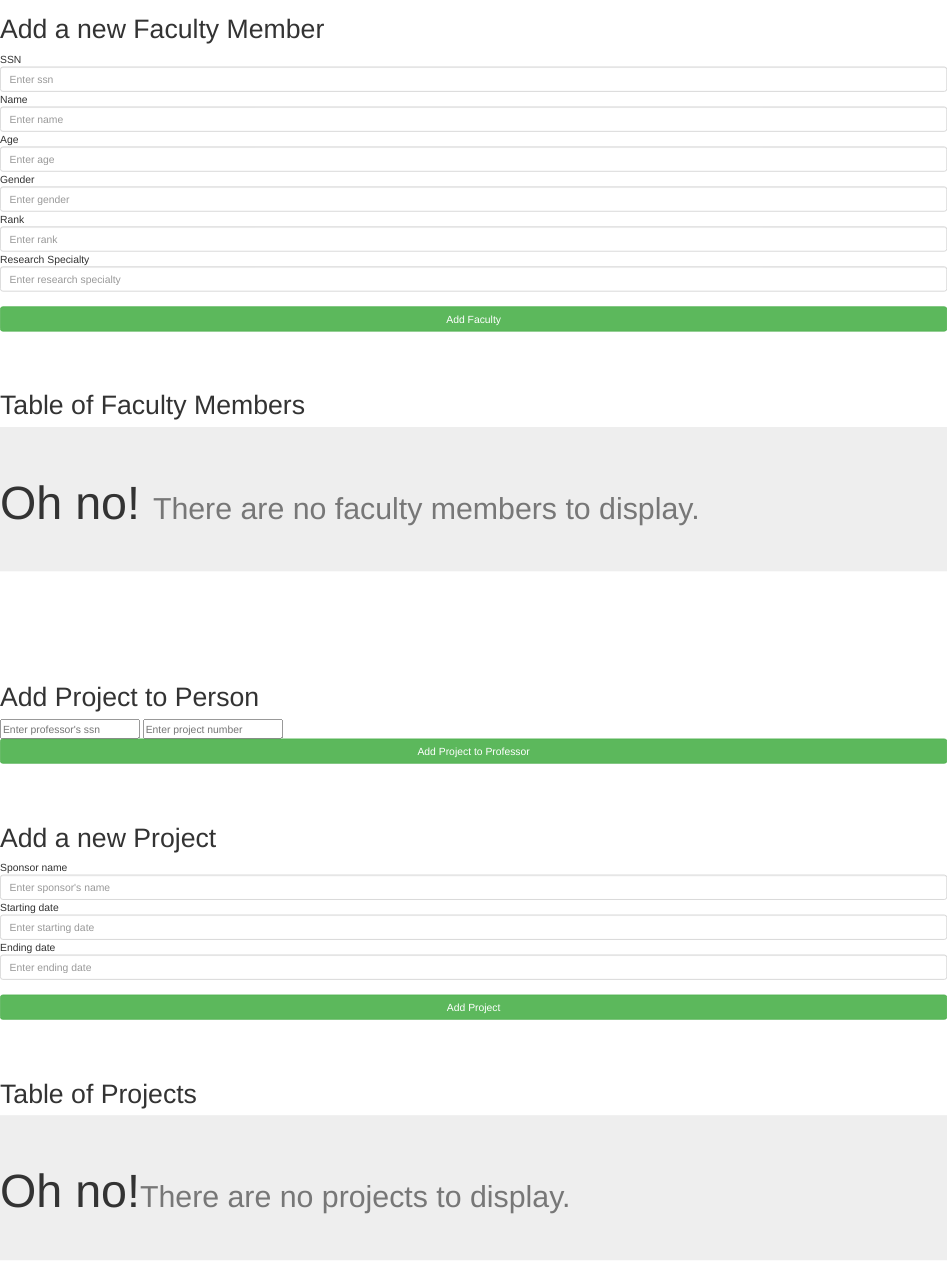
Repository: cpham19/DatabaseSite
Page: http://localhost/database/Table
The author's editor kept a copy of each file at every save. The page is drawn from the files as they stood at one save, then again after the next save.
The browser window is 1280 px wide. The pictures show the whole page, at 74% of full size.
The page is served by Tomcat 9. Other server files are loaded and not shown. Queries for data that is not in the repository find no rows.

Above is the page before, as saved 2017-07-30 04:01:08.

### database/src/main/webapp/Table.jsp
<%@ page language="java" contentType="text/html; charset=UTF-8" pageEncoding="UTF-8"%>
<%@ taglib prefix="c" uri="http://java.sun.com/jsp/jstl/core" %>
<%@ taglib prefix="fn" uri="http://java.sun.com/jsp/jstl/functions" %>
<!doctype html>
<html lang="en">
<head>
	<title>Faculty, Projects, and Students</title>
	<!-- Latest compiled and minified CSS -->
	<link rel="stylesheet" href="https://maxcdn.bootstrapcdn.com/bootstrap/3.3.7/css/bootstrap.min.css" integrity="sha384-BVYiiSIFeK1dGmJRAkycuHAHRg32OmUcww7on3RYdg4Va+PmSTsz/K68vbdEjh4u" crossorigin="anonymous">
</head>
<body>

   <h1>Add a new Faculty Member</h1>
	<form action="AddFaculty" method="post">
		SSN <input type="text" class="form-control" id="ssn" name="ssn" placeholder="Enter ssn">
		Name <input type="text" class="form-control" id="name" name="name" placeholder="Enter name">
		Age <input type="text" class="form-control" id="age" name="age" placeholder="Enter age">
		Gender <input type="text" class="form-control" id="gender" name="gender" placeholder="Enter gender">
		Rank <input type="text" class="form-control" id="rank" name="rank" placeholder="Enter rank">
		Research Specialty <input type="text" class="form-control" id="res_spec" name="res_spec" placeholder="Enter research specialty">
		<br/>
		<button type="submit" class="btn btn-success btn-block">Add Faculty</button>
	</form>

	<br/>
	<br/>
	<br/>

	<h1>Table of Faculty Members</h1>
	<c:if test="${empty faculties}">
		<div class="jumbotron">
			<h1>Oh no! <small>There are no faculty members to display.</small></h1>
		</div>
	</c:if>

	<c:if test="${not empty faculties}">
		<c:forEach items="${faculties}" var="faculty">
			<div class="panel panel-default">
	 			<div class="panel-body">
					<h3>${faculty.name} (${faculty.res_spec})
					 <a href="ViewProfessorProject?name=${faculty.name}&ssn=${faculty.ssn}" class="btn btn-warning" role="button">View Projects</a><a href="DeleteFaculty?id=${faculty.id}&ssn=${faculty.ssn}" class="btn btn-warning" role="button">Delete Faculty</a>
					 <br/>
					</h3>
					<p>Gender: ${faculty.gender} | Age: ${faculty.age} | SSN : ${faculty.ssn}</p>
			    </div>
			</div>
		</c:forEach>
	</c:if>

	<br/>
	<br/>
	<br/>
    <br/>
	<br/>

	<h1>Add Project to Person</h1>
	<form action="AddProjectToProf" method="post">
		<input type="text" id="prof_ssn" name="prof_ssn" placeholder="Enter professor's ssn">
		<input type="text" id="proj_num" name="proj_num" placeholder="Enter project number">
		<button type="submit" class="btn btn-success btn-block">Add Project to Professor</button>
	</form>

	<br/>
    <br/>
	<br/>
	<h1>Add a new Project</h1>
	<form action="AddProject" method="post">
		Sponsor name <input type="text" class="form-control" id="sponsorName" name="sponsorName" placeholder="Enter sponsor's name">
		Starting date <input type="text" class="form-control" id="startingDate" name="startingDate" placeholder="Enter starting date">
		Ending date <input type="text" class="form-control" id="endingDate" name="endingDate" placeholder="Enter ending date">
		<br/>
		<button type="submit" class="btn btn-success btn-block">Add Project</button>
	</form>

	<br/>
	<br/>
	<br/>

    <h1>Table of Projects</h1>
	<c:if test="${empty projects}">
		<div class="jumbotron">
			<h1>Oh no!<small>There are no projects to display.</small></h1>
		</div>
	</c:if>

	<c:if test="${not empty projects}">
		<c:forEach items="${projects}" var="project">
 			<div class="pane panel-default">
				 <div class = "pane panel-heading"><h1>Project#${project.projectNum} ${project.sponsorName} | Start: ${project.startingDate}  End: ${project.endingDate}  <a href="DeleteProject?id=${project.projectNum}" class="btn btn-success" role="button">Delete Project</a></h1></div>
			</div>
		</c:forEach>
	</c:if>

</body>
</html>

### database/src/main/java/Table.java
import java.io.IOException;
import java.sql.Connection;
import java.sql.DriverManager;
import java.sql.ResultSet;
import java.sql.SQLException;
import java.sql.Statement;
import java.util.ArrayList;

import javax.servlet.ServletConfig;
import javax.servlet.ServletException;
import javax.servlet.http.HttpServlet;
import javax.servlet.http.HttpServletRequest;
import javax.servlet.http.HttpServletResponse;

public class Table extends HttpServlet
{
	private static final long serialVersionUID = 1L;


	public void init(ServletConfig config) throws ServletException {
		super.init(config);

		try {
			Class.forName("org.postgresql.Driver");
		}
		catch (ClassNotFoundException e) {
			throw new ServletException(e);
		}
	}

	protected void doGet(HttpServletRequest request, HttpServletResponse response) throws ServletException, IOException
	{
		ArrayList<FacultyModel> faculties = new ArrayList<>();
		ArrayList<ProjectModel> projects = new ArrayList<>();

		Connection c = null;
        try
        {
            String url = "jdbc:postgresql://cs1.calstatela.edu:5432/cs4222s29";
            String username = "cs4222s29";
            String password = "Wh0QcrwJ";
            c = DriverManager.getConnection( url, username, password );

            Statement stmt = c.createStatement();

            ResultSet rs = stmt.executeQuery("select * from faculty");

            while (rs.next()) {

            	FacultyModel entry = new FacultyModel(rs.getInt("id"), rs.getString("ssn"), rs.getString("name"), rs.getInt("age"),
            										  rs.getString("gender"), rs.getString("rank"), rs.getString("res_spec"));

            	faculties.add(entry);
 			}

            rs = stmt.executeQuery("select * from project");

            while (rs.next()) {

            	ProjectModel entry = new ProjectModel(rs.getInt("project_num"), rs.getString("sponsor_name"), rs.getString("starting_date"), rs.getString("ending_date"));

            	projects.add(entry);
 			}
        }

        catch( SQLException e ) {

            throw new ServletException( e );

        }

        finally {

            try {

                if( c != null ) c.close();

            }

            catch( SQLException e ) {

                throw new ServletException( e );

            }

        }

        request.setAttribute("faculties", faculties);
        request.setAttribute("projects", projects);

        request.getRequestDispatcher("Table.jsp").forward(request,response);
	}


	protected void doPost(HttpServletRequest request, HttpServletResponse response) throws ServletException, IOException
	{
		doGet(request, response);
	}

}

After the next save:
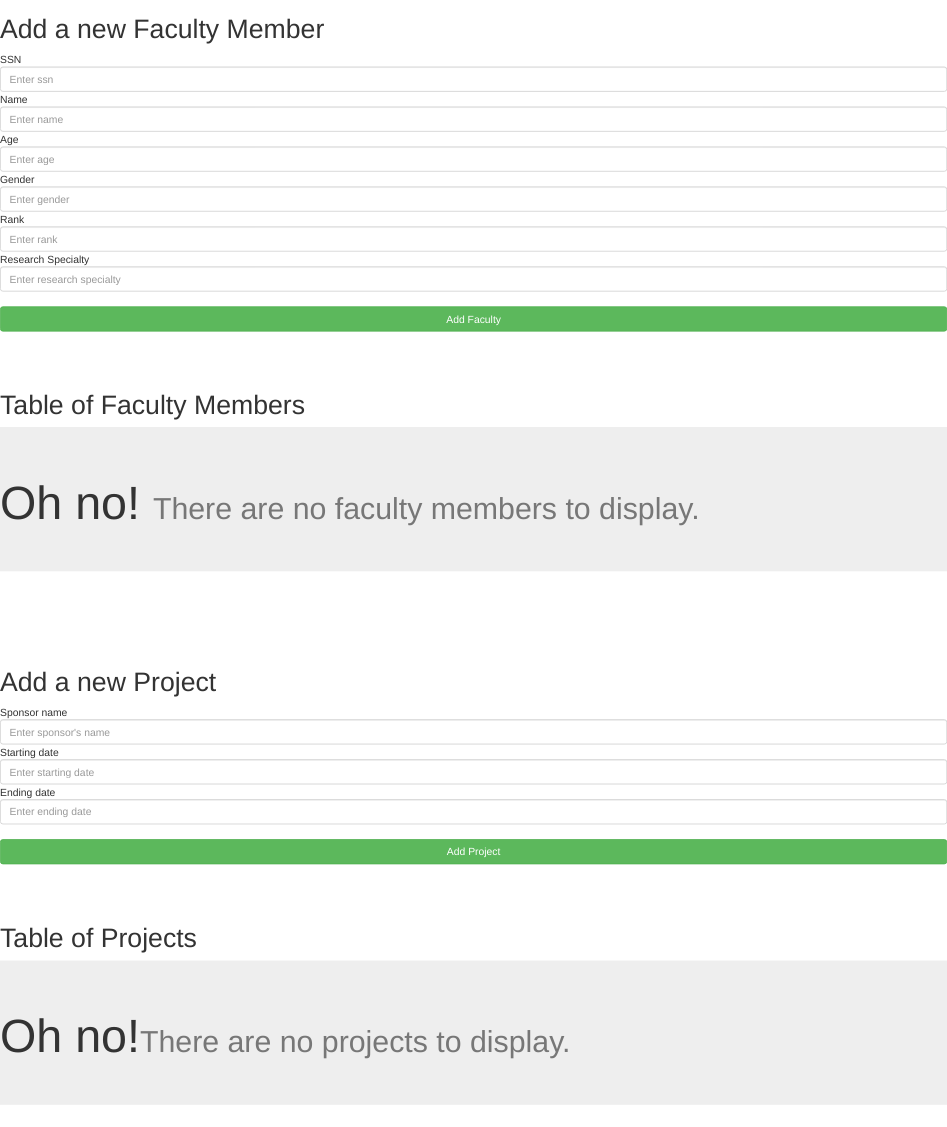
Saved 5 min 22 s later.
--- a/database/src/main/webapp/Table.jsp
+++ b/database/src/main/webapp/Table.jsp
@@ -42,24 +42,17 @@
 					 <br/>
 					</h3>
 					<p>Gender: ${faculty.gender} | Age: ${faculty.age} | SSN : ${faculty.ssn}</p>
+						<form action="AddProjectToProf" method="post">
+								<input type="text" id="prof_ssn" name="prof_ssn" value=${faculty.ss}>
+								<input type="text" id="proj_num" name="proj_num" placeholder="Enter project number">
+								<button type="submit" class="btn btn-success btn-block">Add Project to Professor</button>
+						</form>
 			    </div>
 			</div>
 		</c:forEach>
 	</c:if>
 
 	<br/>
-	<br/>
-	<br/>
-    <br/>
-	<br/>
-
-	<h1>Add Project to Person</h1>
-	<form action="AddProjectToProf" method="post">
-		<input type="text" id="prof_ssn" name="prof_ssn" placeholder="Enter professor's ssn">
-		<input type="text" id="proj_num" name="proj_num" placeholder="Enter project number">
-		<button type="submit" class="btn btn-success btn-block">Add Project to Professor</button>
-	</form>
-
 	<br/>
     <br/>
 	<br/>
